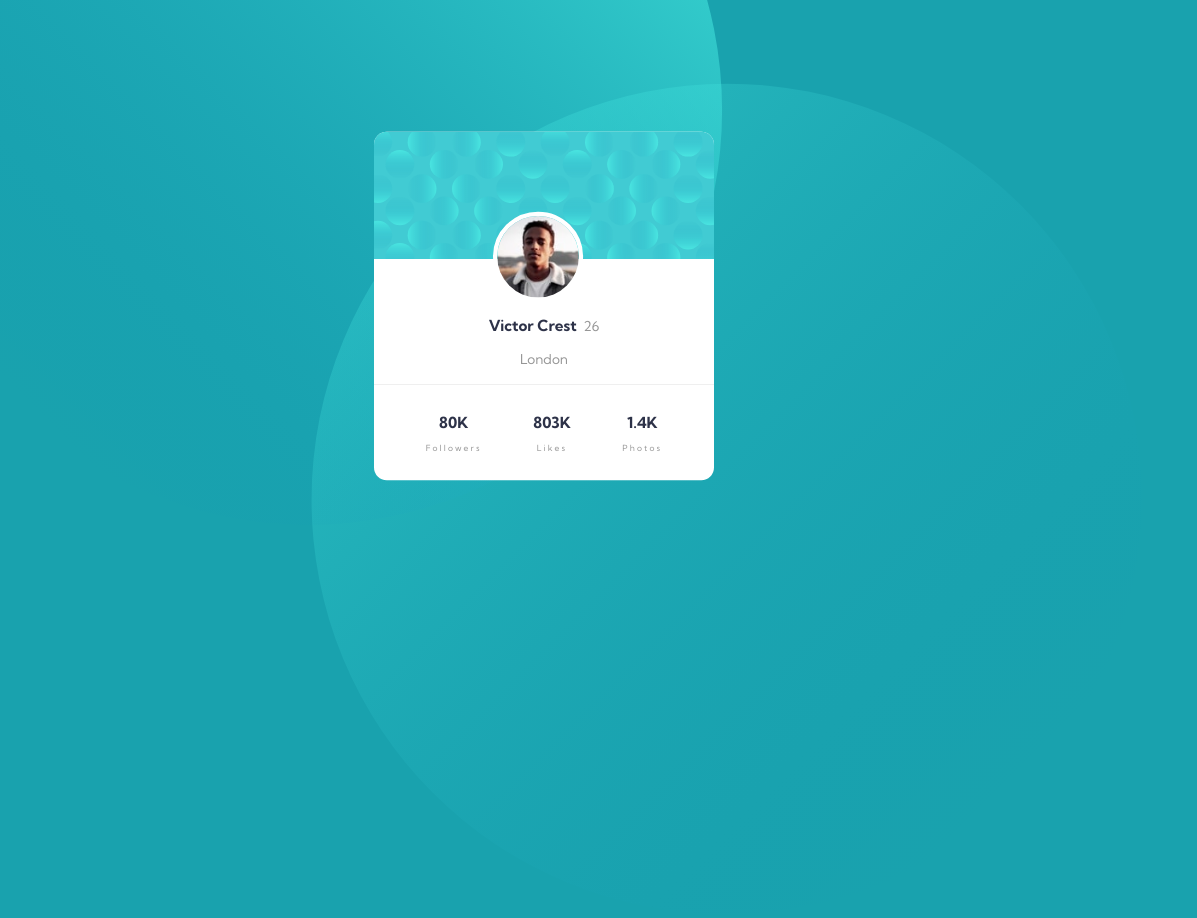
Repository: PratypartyY2K/frontendmentor-challenges
Page: profile-card-component-main/index.html
An editor plug-in stored every save of this project. The page is shown before and after a run of saves, followed by the edit.
The browser window is 1280 px wide. The page is 1344 px wide, then 1408 px, so the pictures cover 1408 px, including what lies to the right of the window. The pictures show the whole page, at 85% of full size.

Above is the page before, as saved 2021-07-15 14:26:50.

### profile-card-component-main/index.html
<!DOCTYPE html>
<html lang="en">
  <head>
    <meta charset="UTF-8" />
    <meta name="viewport" content="width=device-width, initial-scale=1.0" />
    <!-- displays site properly based on user's device -->

    <link
      rel="icon"
      type="image/png"
      sizes="32x32"
      href="./images/favicon-32x32.png"
    />

    <title>Frontend Mentor | Profile card component</title>

    <link rel="stylesheet" href="style.css" />
  </head>
  <body>

    <div class="bg-upper-img">
      <img src="images/bg-pattern-top.svg">
    </div>

    <div class="card-wrapper">
      <div class="upper-div">
        <!--background-->
      </div>
      <img src="images/image-victor.jpg">
      <div class="middle-div">

          <div class="row-1"><h3>Victor Crest</h3>26</div>
          <div class="row-2">London</div>

      </div>
      <div class="stats">
        <div class="stat_element">
          <h3>80K</h3>
          Followers
        </div>
        <div class="stat_element">
          <h3>803K</h3>
          Likes
        </div>
        <div class="stat_element">
          <h3>1.4K</h3>
          Photos
        </div>
      </div>
    </div>

    <!--
    <div class="attribution">
      Challenge by
      <a href="https://www.frontendmentor.io?ref=challenge" target="_blank"
        >Frontend Mentor</a
      >. Coded by
      <a
        href="https://www.frontendmentor.io/profile/PratypartyY2K"
        target="_blank"
        >Pratyush</a
      >.

    </div>
  -->
    <div class="bg-bottom-img">
      <img src="images/bg-pattern-bottom.svg">
    </div>
  </body>
</html>

### profile-card-component-main/style.css
@import url("https://fonts.googleapis.com/css2?family=Kumbh+Sans:wght@400;700&display=swap");

:root {
  --primary-cyan: hsl(185, 75%, 39%);
  --primary-blue: hsl(229, 23%, 23%);
  --primary-grayish-blue: hsl(227, 10%, 46%);
  --neutral-dark-gray: hsl(0, 0%, 59%);
}

* {
    box-sizing: border-box;
}

body {
  font-family: "Kumbh Sans", sans-serif;
  position: relative;
  background-color: var(--primary-cyan);
  min-height: 100vh;
  display: flex;
  flex-direction: column;
  justify-content: center;
  align-items: center;
  margin: 0;
  overflow: hidden;
}



h3 {
    color: var(--primary-blue);
    font-weight: 700;
}

.card-wrapper {
    display: flex;
    flex-direction: column;
    background-color: white;
    width: 400px;
    position: relative;
    border-radius: 15px;
    overflow: hidden;
    text-align: center;
    color: var(--neutral-dark-gray);
}

.upper-div {
    background-image: url('images/bg-pattern-card.svg');
    background-repeat: no-repeat;
    background-size: cover;
    height: 150px;
}

.card-wrapper img {
    position: absolute;
    border-radius: 50%;
    border: 5px solid white;
    left: 35%;
    top: 23%;
}

.middle-div {
    display: flex;
    flex-direction: column;
    margin: 3rem 0 1.25rem 0;
}

.row-1 {
    display: flex;
    justify-content: center;
    align-items: center;
}

.row-1 h3 {
    padding: 0;
    margin-right: 0.5rem;
    font-size: 18px;
}

.stats {
    display: flex;
    justify-content: space-evenly;
    border-top: 0.5px solid hsla(0, 0%, 59%, 0.2);
}

.stat_element {
    display: flex;
    flex-direction: column;
    padding: 2rem 0;
    font-size: 10px;
    letter-spacing: 2.5px;
}

.stat_element h3 {
    margin: 0;
    margin-bottom: 0.75rem;
    font-size: 18px;
    letter-spacing: 0;
}

.bg-upper-img {
    position: absolute;
    top: -50%;
    left: -10%;
    right: 0;
    bottom: 0;
}

.bg-bottom-img {
    position: absolute;
    right: -5%;
    bottom: -50%;
    z-index:-1;
}





/*
.attribution {
  font-size: 11px;
  text-align: center;
}
.attribution a {
  color: hsl(228, 45%, 44%);
}
*/

After the next 2 saves:
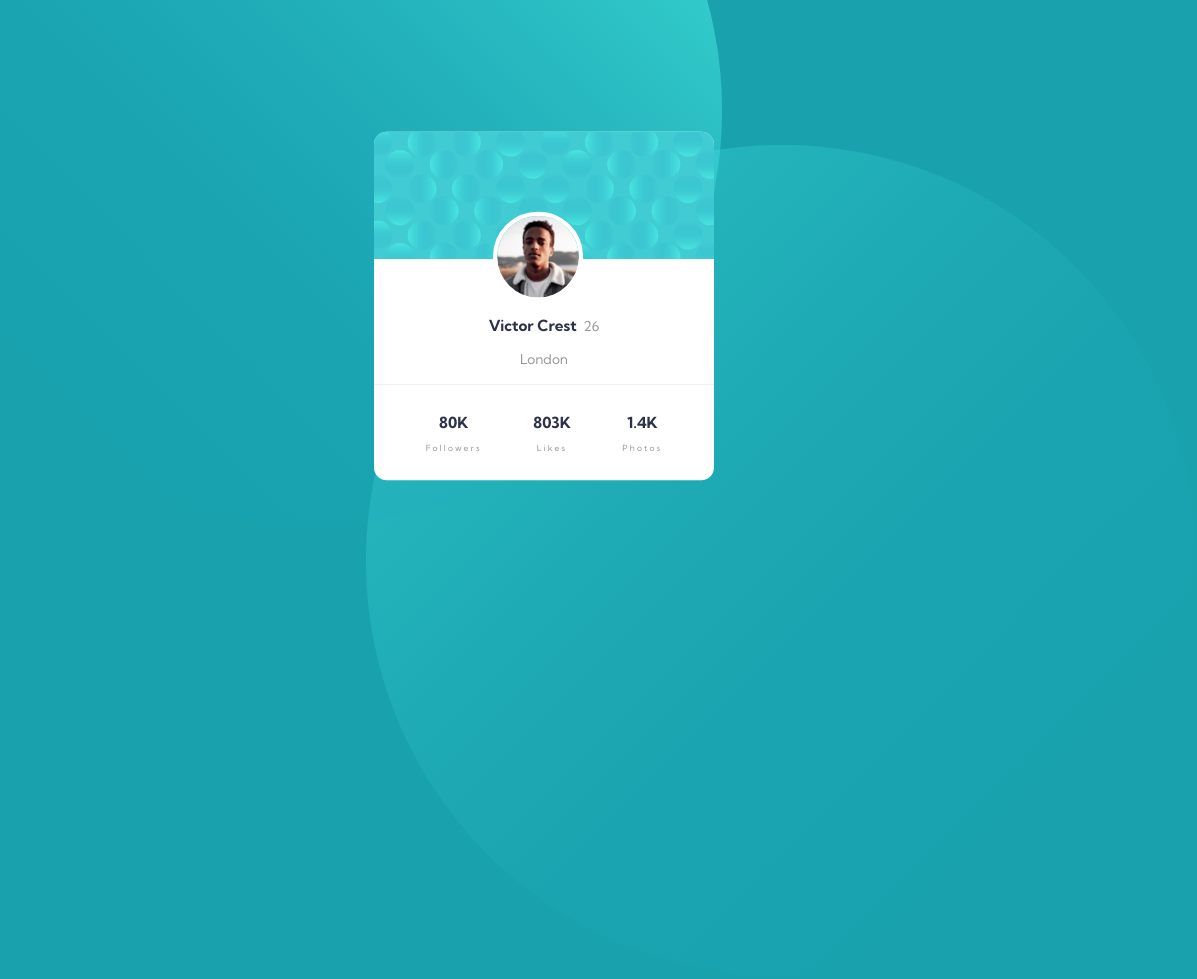
The 2 saves are shown as one change because they came seconds apart.
The last was saved 13 s later.
--- a/profile-card-component-main/style.css
+++ b/profile-card-component-main/style.css
@@ -107,8 +107,8 @@ h3 {
 
 .bg-bottom-img {
     position: absolute;
-    right: -5%;
-    bottom: -50%;
+    right: -10%;
+    bottom: -60%;
     z-index:-1;
 }
 
